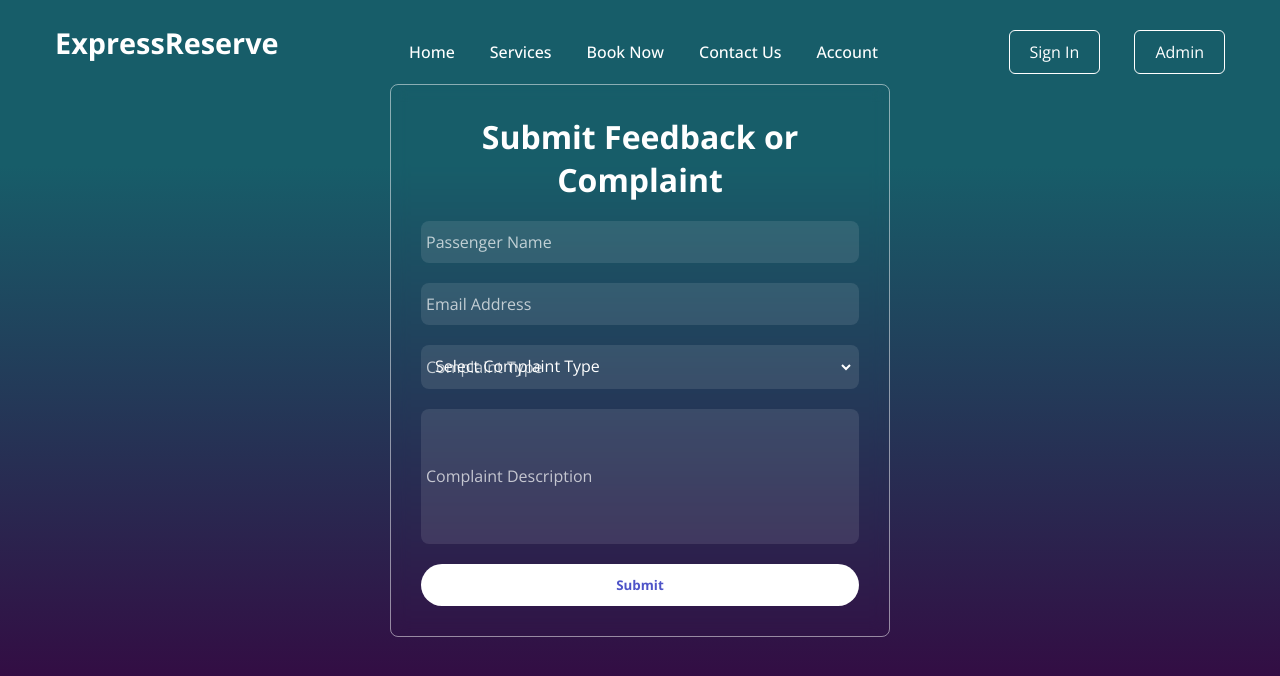
Repository: AmodhyaSharinda/Train-Reservation-system
Page: http://localhost/Train_reserve/ContactUs.jsp
These files come from the project's save history. The page is drawn as it stood at one moment and after the next save; the edit follows.
The browser window is 1280 px wide. The pictures show the whole page.
The page is served by Tomcat 9. Other server files are loaded and not shown.

Above is the page before, as saved 2024-10-08 08:06:51.

### Train reserve/src/main/webapp/ContactUs.jsp
<!DOCTYPE html>
<html lang="en">
<head>
    <meta charset="UTF-8">
    <meta name="viewport" content="width=device-width, initial-scale=1.0">
    <title>Feedback - Online Train Reservation System</title>
    <link rel="stylesheet" href="home.css">
    <style>
        /* Existing styles retained */
        @import url("https://fonts.googleapis.com/css2?family=Open+Sans:wght@300;400;500;600;700&display=swap");

        * {
		  margin: 0;
		  padding: 0;
		  box-sizing: border-box;
		  font-family: "Open Sans", sans-serif;
		}

        body {
            display: flex;
            align-items: center;
            justify-content: center;
            min-height: 100vh;
            width: 100%;
            padding: 0 10px;
  			background: linear-gradient(to bottom, #175d69 23%, #330c43 95%);
            position: relative;
        }

        .wrapper {
            width: 500px;
            border-radius: 8px;
            padding: 30px;
            text-align: center;
            border: 1px solid rgba(255, 255, 255, 0.5);
            backdrop-filter: blur(8px);
            -webkit-backdrop-filter: blur(8px);
        }

        h2 {
            font-size: 2rem;
            margin-bottom: 20px;
            color: #fff;
        }

        /* General styles */
		.input-field {
		    position: relative;
		    margin: 20px 0;
		    padding: 5px;
		    background: rgba(255, 255, 255, 0.1);
		    border-radius: 8px;
		    transition: background 0.3s ease;
		}

		.input-field label {
		    position: absolute;
		    top: 50%;
		    left: 5px;
		    transform: translateY(-50%);
		    color: rgba(255, 255, 255, 0.7);
		    font-size: 16px;
		    pointer-events: none;
		    transition: 0.2s ease;
		}

		.input-field input,
		.input-field textarea,
		.input-field select {
		    width: 100%;
		    background: transparent;
		    border: none;
		    outline: none;
		    font-size: 16px;
		    padding: 5px;
		    color: #fff;
		    border-radius: 5px;
		}

		.input-field input:focus,
		.input-field textarea:focus,
		.input-field select:focus {
		    background: rgba(255, 255, 255, 0.3);
		    box-shadow: 0 0 5px rgba(255, 255, 255, 0.5);
		}

		.input-field input:focus ~ label,
		.input-field input:valid ~ label,
		.input-field textarea:focus ~ label,
		.input-field textarea:valid ~ label,
		.input-field select:focus ~ label,
		.input-field select:valid ~ label {
		    top: -10px;
		    font-size: 0.85rem;
		    color: #fff;
		}

		/* Textarea specific styles */
		.input-field textarea {
		    height: 120px;
		    resize: none;
		}

		/* Button styles */
		button {
		    width: 100%;
		    padding: 12px;
		    background-color: #fff;
		    color: #4e54c8;
		    font-weight: bold;
		    border: none;
		    border-radius: 30px;
		    cursor: pointer;
		    transition: background 0.3s ease;
		}

		button:hover {
		    background-color: #8f94fb;
		    color: #fff;
		    box-shadow: 0 4px 20px rgba(143, 148, 251, 0.5);
		}

    </style>
</head>
<body>
    <!-- Header section with navigation -->
    <header class="header">
        <nav class="navbar">
            <h2 class="logo"><a href="#">ExpressReserve</a></h2>
            <input type="checkbox" id="menu-toggle" />
            <label for="menu-toggle" id="hamburger-btn">
                <svg xmlns="http://www.w3.org/2000/svg" height="24" viewBox="0 0 24 24" width="24">
                    <path d="M3 12h18M3 6h18M3 18h18" stroke="currentColor" stroke-width="2" stroke-linecap="round"/>
                </svg>
            </label>
            <ul class="links">
                <li><a href="home.jsp">Home</a></li>
                <li><a href="#">Services</a></li>
                <li><a href="#">Book Now</a></li>
                <li><a href="#">Contact Us</a></li>
          		<li><a href="Account.jsp">Account</a></li>
            </ul>
            <div class="buttons">
	          <a href="login.jsp" class="signup">Sign In</a>
	          <a href="#" class="signup">Admin</a>
            </div>
        </nav>
    </header>

    <!-- Middle section for feedback form -->
    <div class="wrapper">
        <h2>Submit Feedback or Complaint</h2>
        <form action="SubmitFeedback" method="post">
		    <div class="input-field">
		        <input type="text" name="PassengerName" required autocomplete="off">
		        <label>Passenger Name</label>
		    </div>
		    <div class="input-field">
		        <input type="email" name="PassengerEmail" required autocomplete="off">
		        <label>Email Address</label>
		    </div>
		    <div class="input-field">
		        <select id="complaintType" name="complaintType" required>
		            <option value="">Select Complaint Type</option>
		            <option value="Train Services">Train Services</option>
		            <option value="Station Facilities">Station Facilities</option>
		            <option value="Staff Behavior">Staff Behavior</option>
		        </select>
		        <label>Complaint Type</label>
		    </div>
		    <div class="input-field">
		        <textarea id="complaintDescription" name="Feedback" required></textarea>
		        <label>Complaint Description</label>
		    </div>
		    <button type="submit">Submit</button>
		</form>
    </div>

</body>
</html>

### Train reserve/src/main/webapp/home.css
/* Importing Google font - Open Sans */
@import url("https://fonts.googleapis.com/css2?family=Open+Sans:wght@300;400;500;600;700&display=swap");

* {
  margin: 0;
  padding: 0;
  box-sizing: border-box;
  font-family: "Open Sans", sans-serif;
}

body {
  height: 100vh;
  width: 100%;
  background: linear-gradient(to bottom, #175d69 23%, #330c43 95%);
}

.header {
  position: fixed;
  top: 0;
  left: 0;
  width: 100%;
}

.navbar {
  display: flex;
  align-items: center;
  justify-content: space-between;
  max-width: 1200px;
  margin: 0 auto;
  padding: 20px 15px;
}

.navbar .logo a {
  font-size: 1.8rem;
  text-decoration: none;
  color: #fff;
}

.navbar .links {
  display: flex;
  align-items: center;
  list-style: none;
  gap: 35px;
}

.navbar .links a {
  font-weight: 500;
  text-decoration: none;
  color: #fff;
  padding: 10px 0;
  transition: 0.2s ease;
}

.navbar .links a:hover {
  color: #47b2e4;
}

.navbar .buttons a {
  text-decoration: none;
  color: #fff;
  font-size: 1rem;
  padding: 15px 0;
  transition: 0.2s ease;
}

.navbar .buttons a:not(:last-child) {
  margin-right: 30px;
}

.navbar .buttons .signin:hover {
  color: #47b2e4;
}

.navbar .buttons .signup {
  border: 1px solid #fff;
  padding: 10px 20px;
  border-radius: 0.375rem;
  text-align: center;
  transition: 0.2s ease;
}

.navbar .buttons .signup:hover {
  background-color: #47b2e4;
  color: #fff;
}

.hero-section {
  display: flex;
  justify-content: space-evenly;
  align-items: center;
  height: 95vh;
  padding: 0 15px;
  max-width: 1200px;
  margin: 0 auto;
}

.hero-section .hero {
  max-width: 50%;
  color: #fff;
}

.hero h2 {
  font-size: 2.5rem;
  margin-bottom: 20px;
}

.hero p {
  font-size: 1.2rem;
  margin-bottom: 20px;
  color: #c9c7c7;
}

.hero-section .img img {
  width: 517px;
}

.hero-section .buttons {
  margin-top: 40px;
}

.hero-section .buttons a {
  text-decoration: none;
  color: #fff;
  padding: 12px 24px;
  border-radius: 0.375rem;
  font-weight: 600;
  transition: 0.2s ease;
  display: inline-block;
}

.hero-section .buttons a:not(:last-child) {
  margin-right: 15px;
}

.buttons .join {
  background-color: #47b2e4;
}

.hero-section .buttons .learn {
  border: 1px solid #fff;
  border-radius: 0.375rem;
}

.hero-section .buttons a:hover {
  background-color: #47b2e4;
}

/* Hamburger menu styles */
#menu-toggle {
  display: none;
}

#hamburger-btn {
  font-size: 1.8rem;
  color: #fff;
  cursor: pointer;
  display: none;
  order: 1;
}

@media screen and (max-width: 1023px) {
  .navbar .logo a {
    font-size: 1.5rem;
  }

  .links {
    position: fixed;
    left: -100%;
    top: 75px;
    width: 100%;
    height: 100vh;
    padding-top: 50px;
    background: #175d69;
    flex-direction: column;
    transition: 0.3s ease;
  }

  .navbar #menu-toggle:checked ~ .links {
    left: 0;
  }

  .navbar #hamburger-btn {
    display: block;
  }

  .header .buttons {
    display: none;
  }

  .hero-section .hero {
    max-width: 100%;
    text-align: center;
  }

  .hero-section img {
    display: none;
  }


}

After the next save:
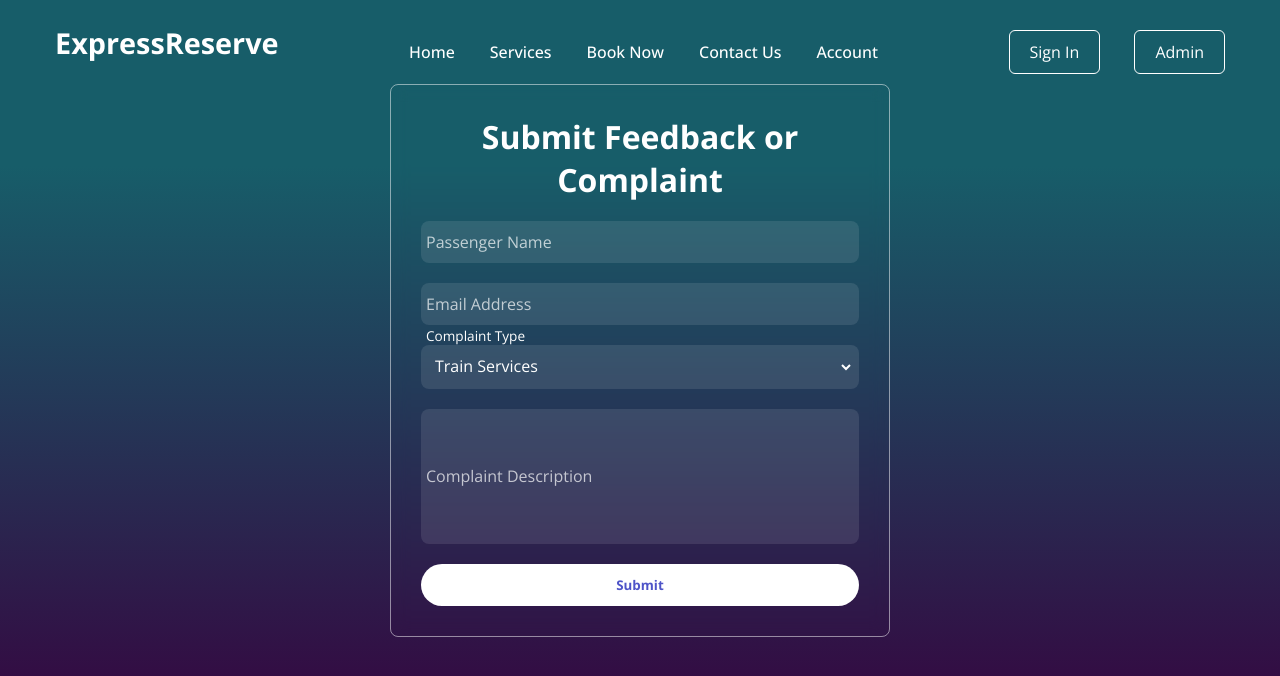
Saved 37 s later.
--- a/Train reserve/src/main/webapp/ContactUs.jsp
+++ b/Train reserve/src/main/webapp/ContactUs.jsp
@@ -161,7 +161,6 @@
 		    </div>
 		    <div class="input-field">
 		        <select id="complaintType" name="complaintType" required>
-		            <option value="">Select Complaint Type</option>
 		            <option value="Train Services">Train Services</option>
 		            <option value="Station Facilities">Station Facilities</option>
 		            <option value="Staff Behavior">Staff Behavior</option>
